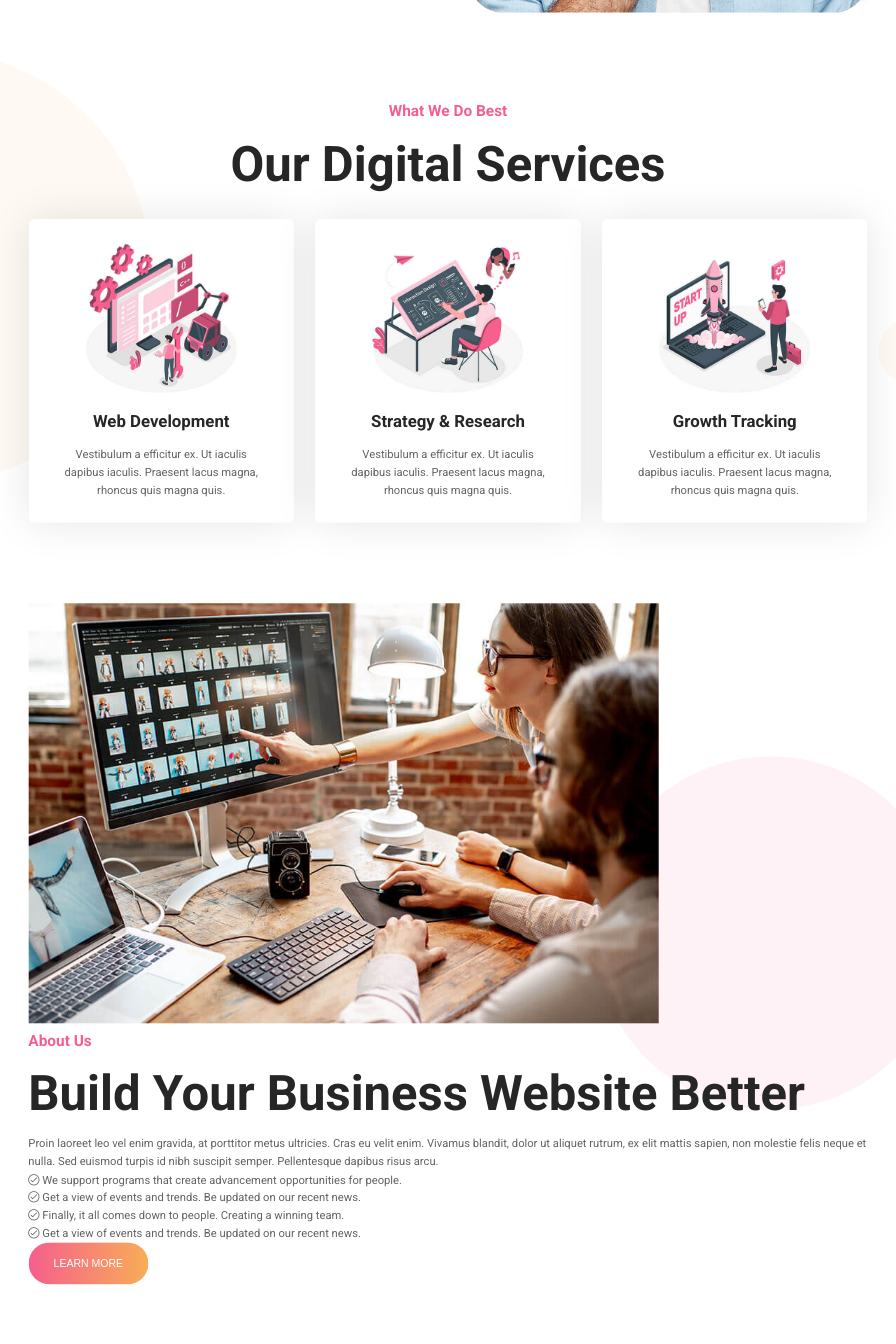
Repository: ducdatit2002/samar
Page: index.html
An editor plug-in stored every save of this project. The page is shown before and after the next save, followed by the edit.
The browser window is 1280 px wide. The pictures show the part of the page from y = 757 to 2677 px (the page is 2677 px tall before and 2226 px after), at 70% of full size.

Above is the page before, as saved 2023-07-26 23:59:20.

After the next save:
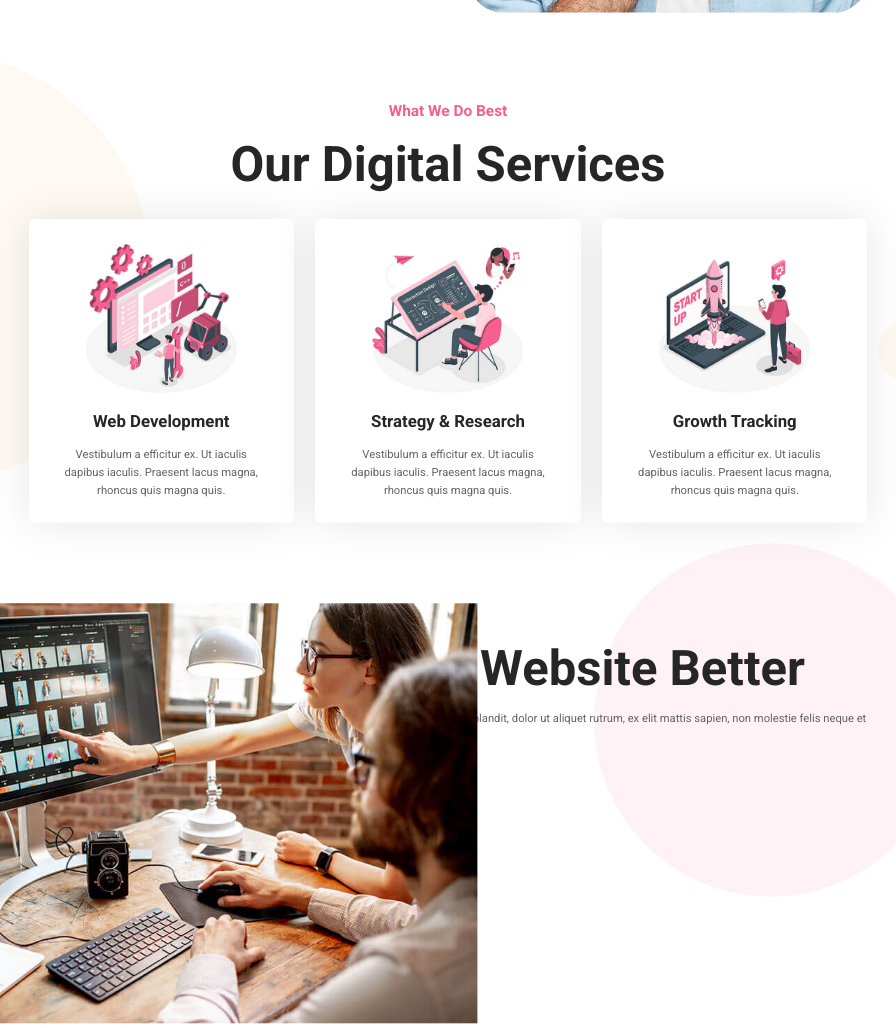
Saved 20 s later.
--- a/index.css
+++ b/index.css
@@ -200,7 +200,11 @@ header {
     align-items: center;
     position: relative;
 }
-
+.aboutUs__left {
+    width: 60%;
+    position: absolute;
+    left: -17%;
+}
 
 
 
